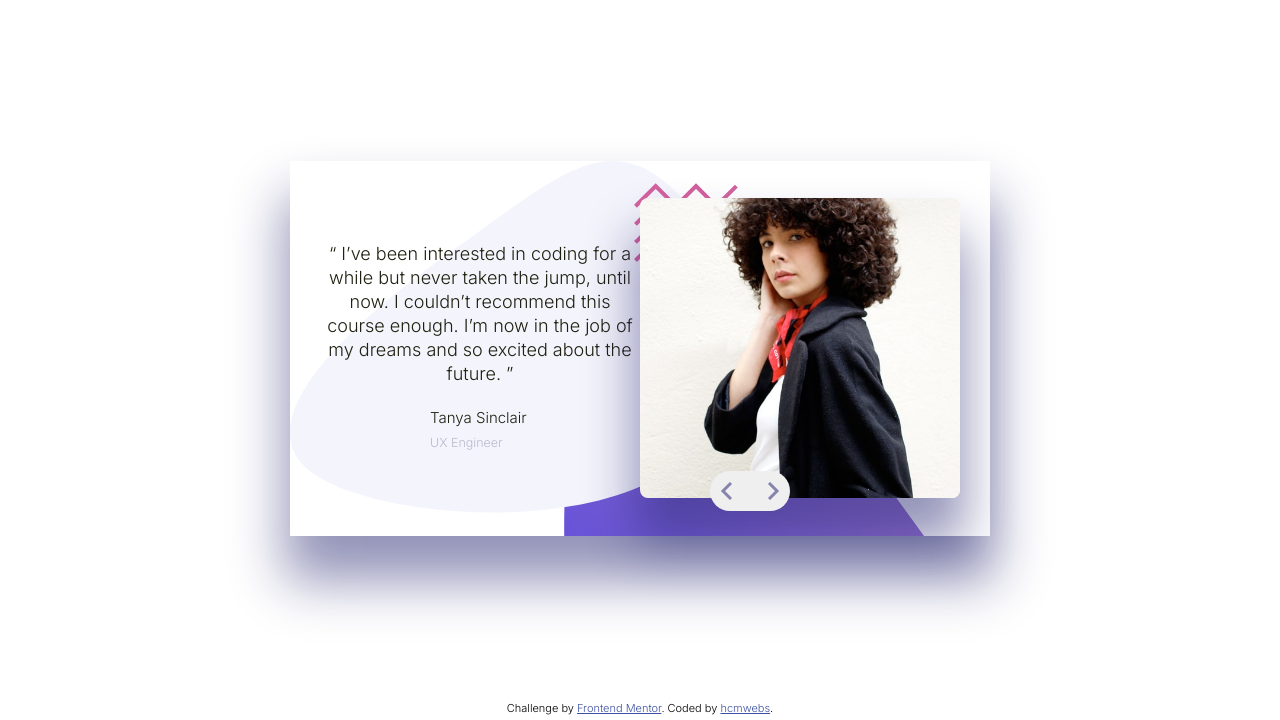
Repository: Hcmwebs/Coding-Bootcamp-Testimonials
Page: index.html
An editor plug-in stored every save of this project. The page is shown before and after the next save, followed by the edit.
The browser window is 1280 px wide. The pictures show the whole page.
The style sheet was rebuilt from its Sass, Less or Tailwind sources for each picture, by a compiler version that may differ from the author's.

Above is the page before, as saved 2020-10-30 21:08:06.

After the next save:
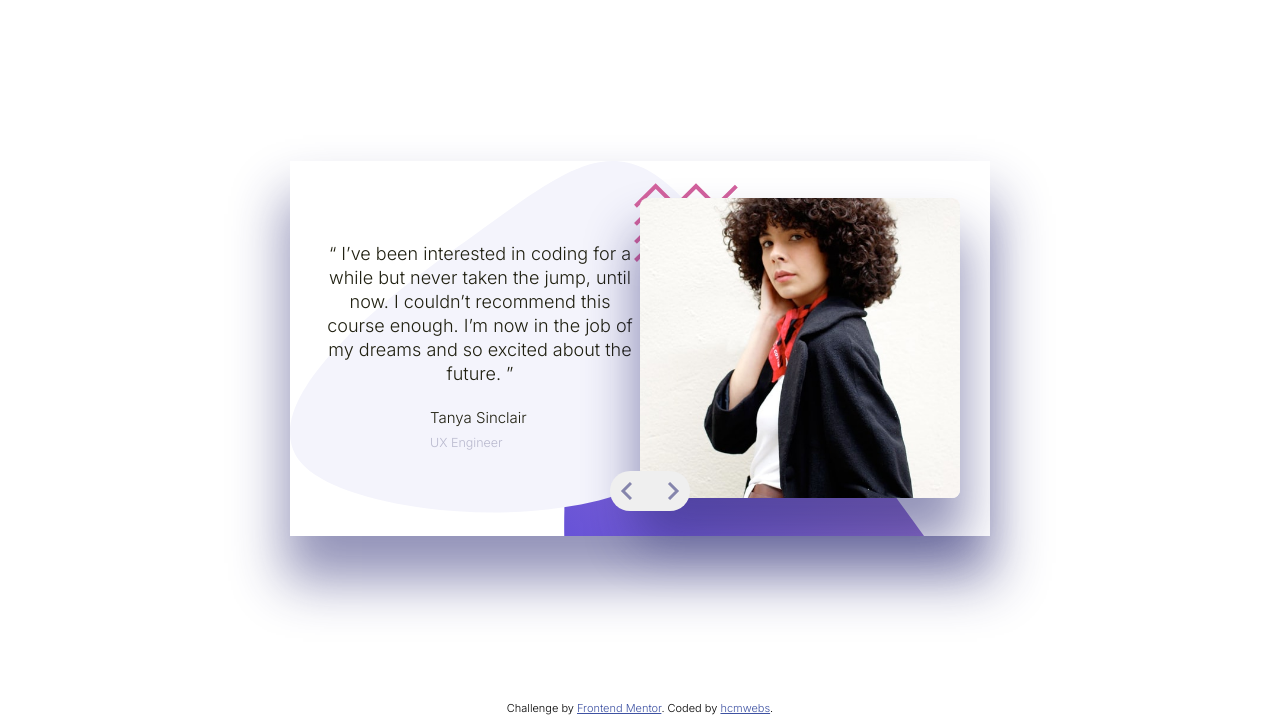
Saved 10 s later.
--- a/scss/main.scss
+++ b/scss/main.scss
@@ -140,7 +140,7 @@
   }
 
   button{
-    right:200px
+    right:300px
   }
 
 }

After the save that followed:
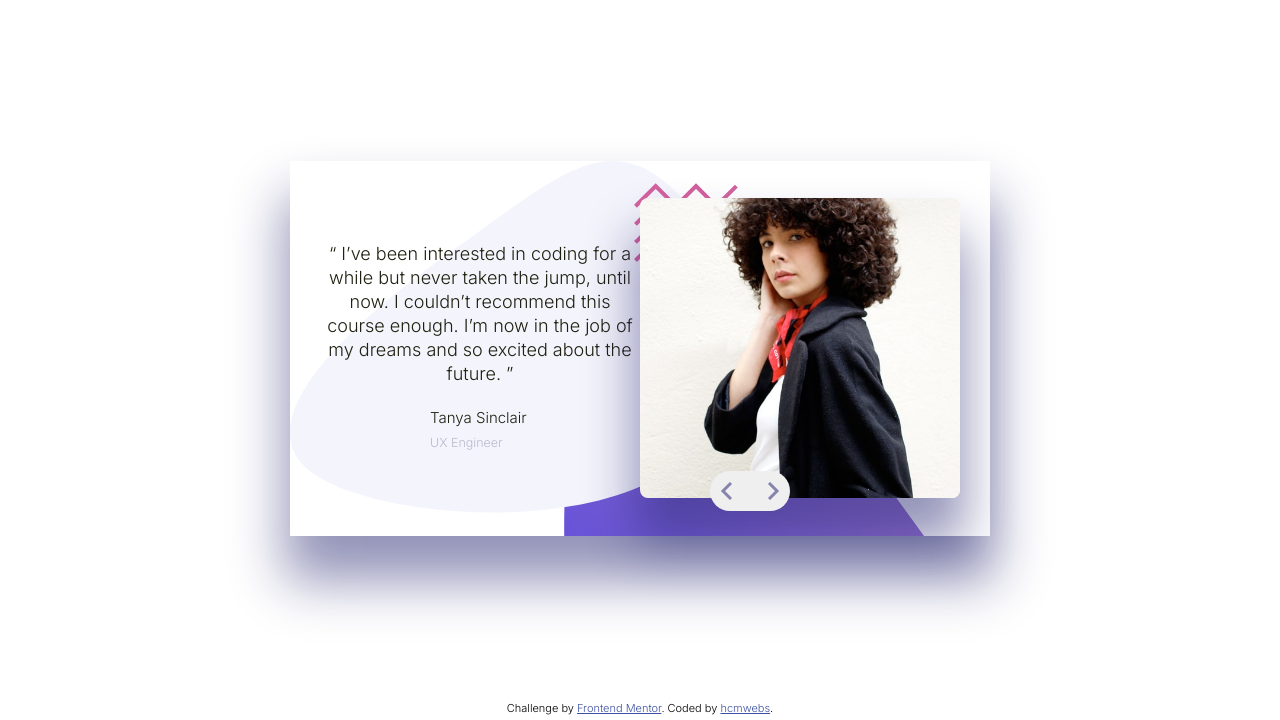
Saved 20 s later.
--- a/scss/main.scss
+++ b/scss/main.scss
@@ -140,7 +140,7 @@
   }
 
   button{
-    right:300px
+    right:200px
   }
 
 }
